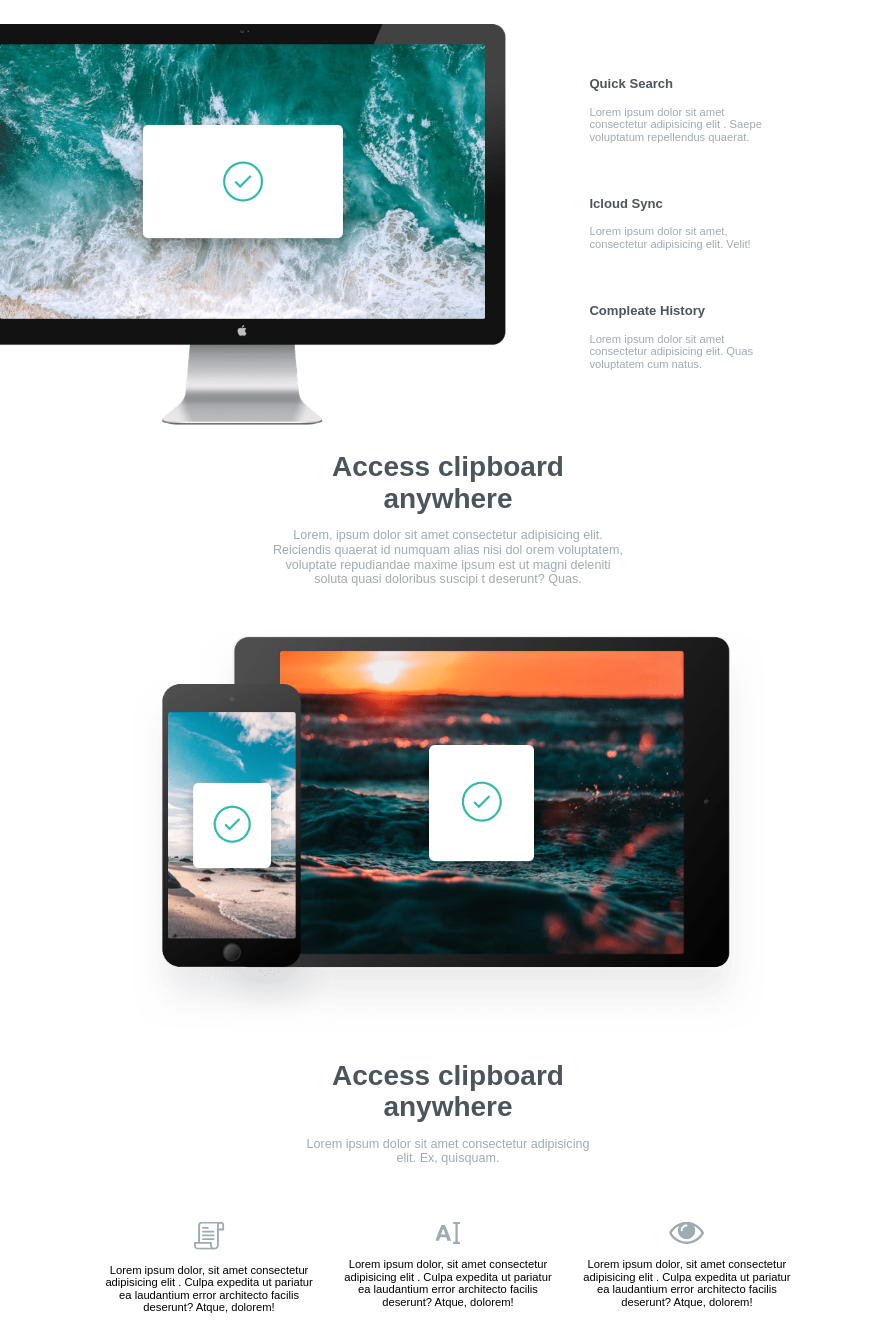
Repository: AbuMulla-Mohammad/clipboard
Page: index.html
These files come from the project's save history. The page is drawn as it stood at one moment and after the next save; the edit follows.
The browser window is 1280 px wide. The pictures show the part of the page from y = 835 to 2755 px (the page is 2733 px tall before and 2755 px after), at 70% of full size.
Some web fonts or font styles are not loaded; a fallback is used.

Above is the page before, as saved 2023-11-01 11:01:53.

After the next save:
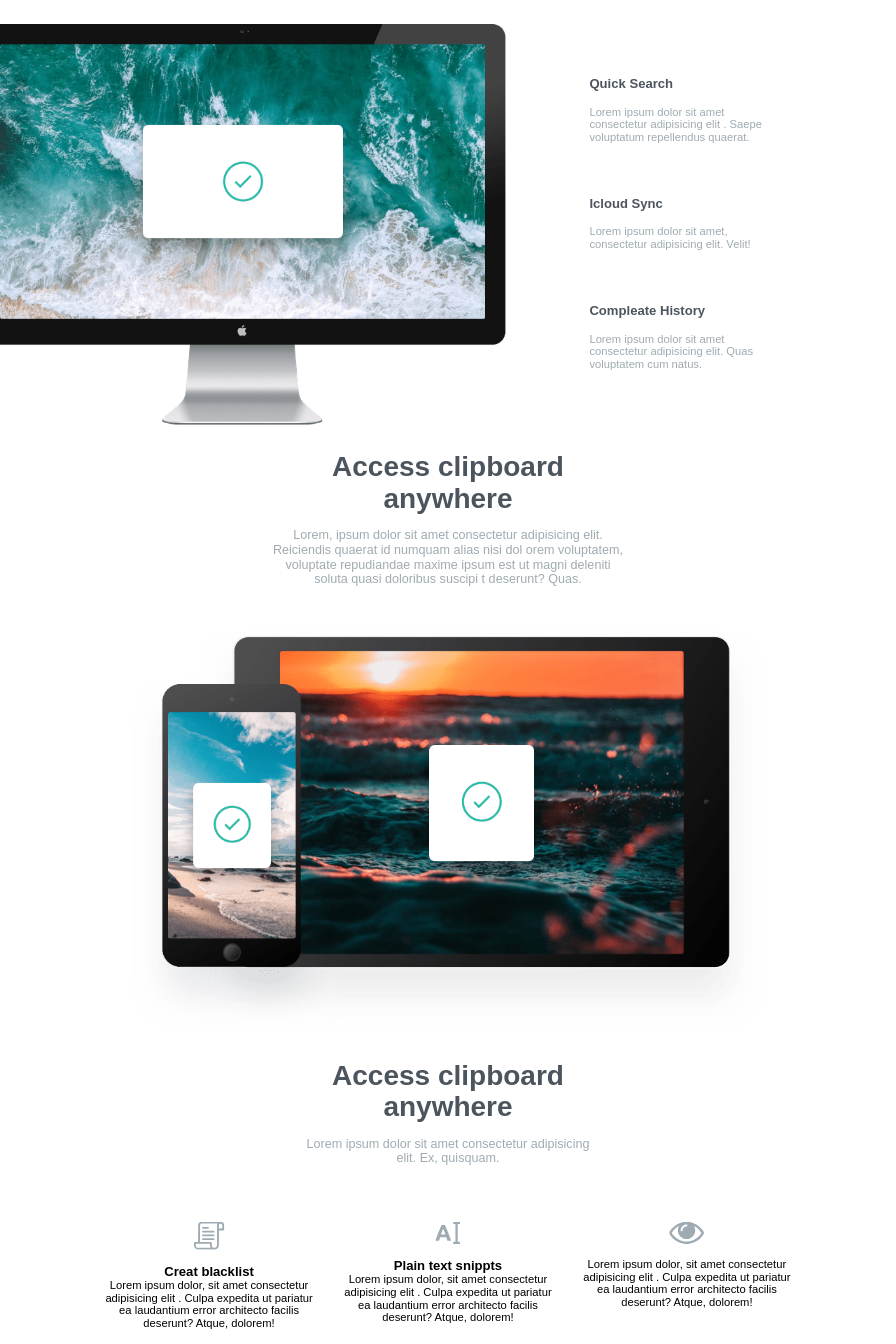
Saved 47 s later.
--- a/index.html
+++ b/index.html
@@ -93,14 +93,14 @@
         <div class="workflow-items">
             <div class="item">
                 <img src="images/icon-blacklist.svg" alt="blacklist">
-                <h3></h3>
+                <h3>Creat blacklist</h3>
                 <p>Lorem ipsum dolor, sit amet consectetur adipisicing elit
                     . Culpa expedita ut pariatur ea laudantium
                     error architecto facilis deserunt? Atque, dolorem!</p>
             </div>
             <div class="item">
                 <img src="images/icon-text.svg" alt="text">
-                <h3></h3>
+                <h3>Plain text snippts</h3>
                 <p>Lorem ipsum dolor, sit amet consectetur adipisicing elit
                     . Culpa expedita ut pariatur ea laudantium
                     error architecto facilis deserunt? Atque, dolorem!</p>
